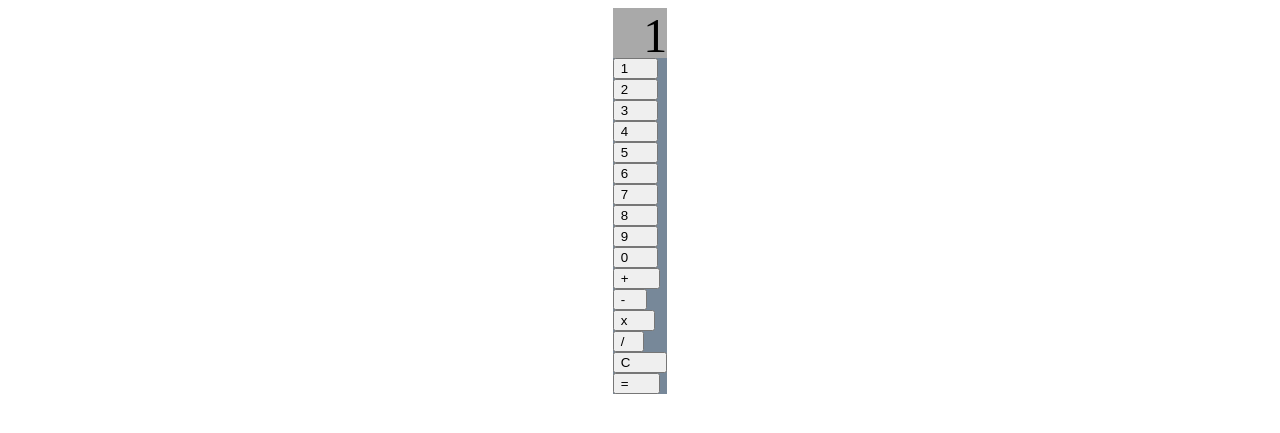
Repository: TEazy2433/LAB-calculator
Page: index.html
An editor plug-in stored every save of this project. The page is shown before and after the next save, followed by the edit.
The browser window is 1280 px wide. The pictures show the whole page.

Above is the page before, as saved 2023-10-13 17:06:03.

### index.html
<!DOCTYPE html>
<html lang="en">
<head>
  <meta charset="UTF-8">
  <meta name="viewport" content="width=device-width, initial-scale=1.0">
  <title>calculator</title>
  <link rel="stylesheet" href="main.css">
</head>
<body>

  <div class="container">
    <div class="display">1</div>
      <div class="buttons"></div>
        <button>1</button>
        <button>2</button>
        <button>3</button>
        <button>4</button>
        <button>5</button>
        <button>6</button>
        <button>7</button>
        <button>8</button>
        <button>9</button>
        <button>0</button>

      <button type="button operator">+</button>
      <button type="button operator">-</button>
      <button type="button operator">x</button>
      <button type="button operator">/</button>
      <button type="button operator">C</button>
      <button type="button operator">=</button>

  </div>


</body>
</html>

### main.css
.container{
  background: lightslategray;
  width: max-content;
  margin: auto;

}
.display{
  width: 100%;
  background-color: darkGrey;
  height: 50px;
  font-size: 48px;
  display: flex;
  justify-content: flex-end;

}
.buttons{
  max-width: 400px;


}
button{
  display: grid;
  grid-template-columns: repeat(4, 1fr);

}

After the next save:
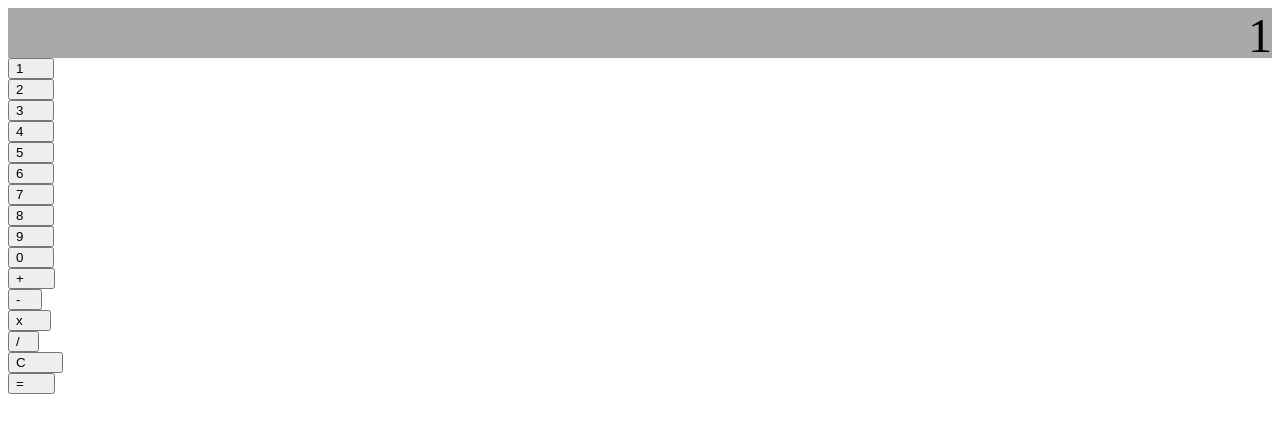
Saved 2 min 24 s later.
--- a/main.css
+++ b/main.css
@@ -1,7 +1,5 @@
 .container{
-  background: lightslategray;
-  width: max-content;
-  margin: auto;
+
 
 }
 .display{
@@ -16,7 +14,6 @@
 .buttons{
   max-width: 400px;
 
-
 }
 button{
   display: grid;
